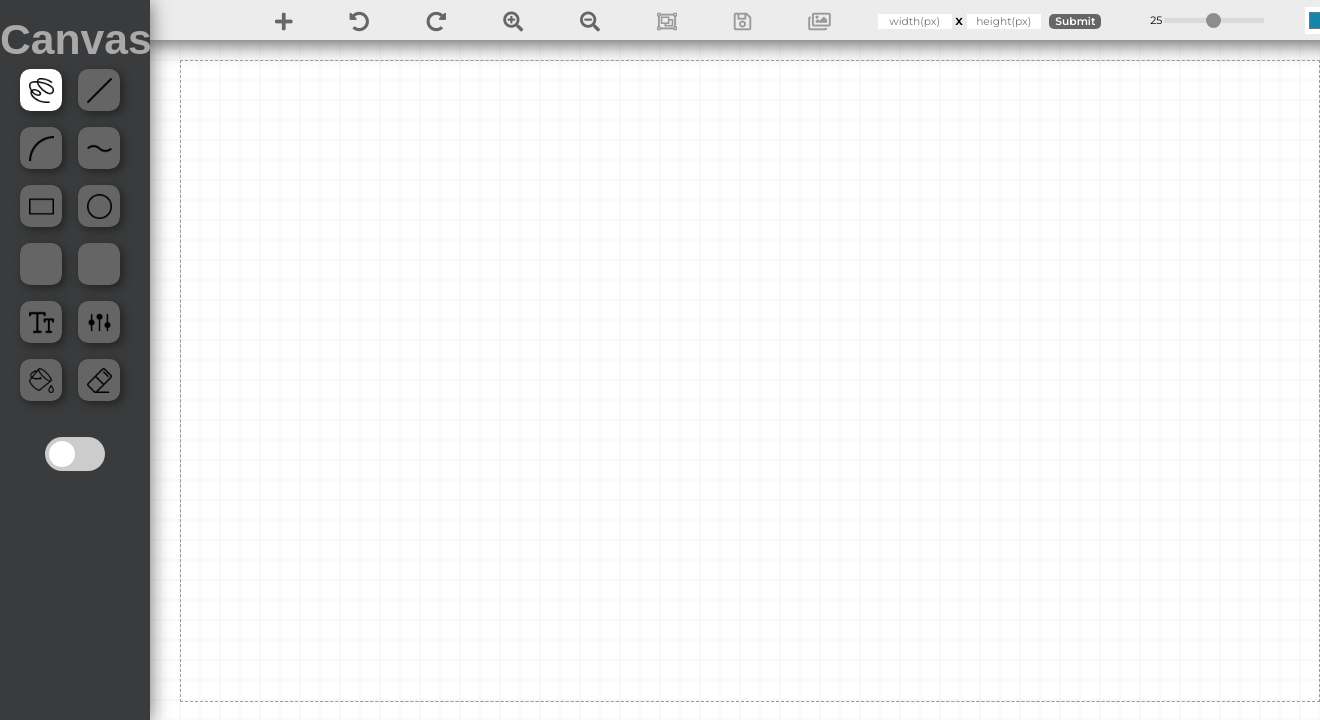
Repository: moryahng/myCanvasProject
Page: index.html
The author's editor kept a copy of each file at every save. The page is drawn from the files as they stood at one save, then again after the next save.
The browser window is 1280 px wide. The page is 1320 px wide, so the pictures cover 1320 px, including what lies to the right of the window. The pictures show the whole page.
The pointer rests on the first visible `.toolsbar-item`.
Some web fonts or font styles are not loaded; a fallback is used.

Above is the page before, as saved 2021-11-11 12:03:11.
Console error: SyntaxError: Unexpected token 'this'

After the next save:
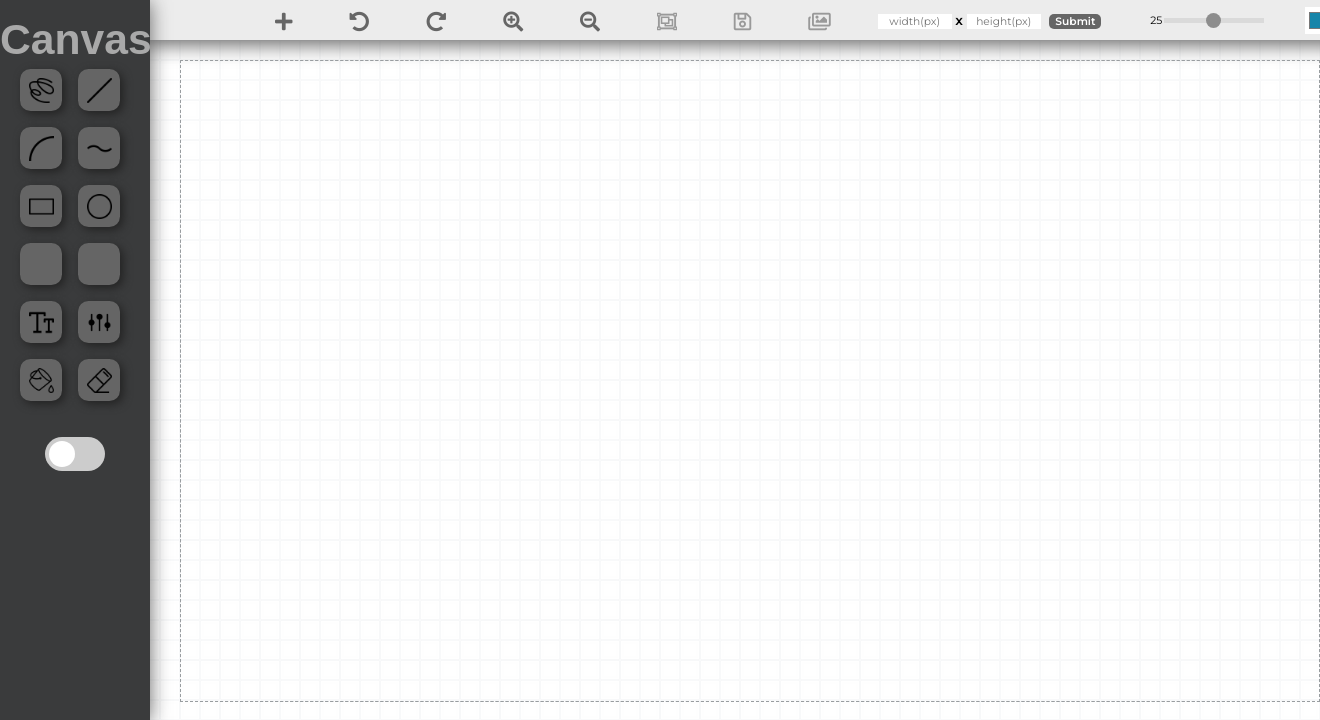
Saved 12 s later.
--- a/style.css
+++ b/style.css
@@ -306,6 +306,6 @@ input:checked + .toggleslider:before {
 
 /* selection change color */
 
-.toolsbar-item:hover{
+.toolsbar-item:active{
   background: white;
 }
